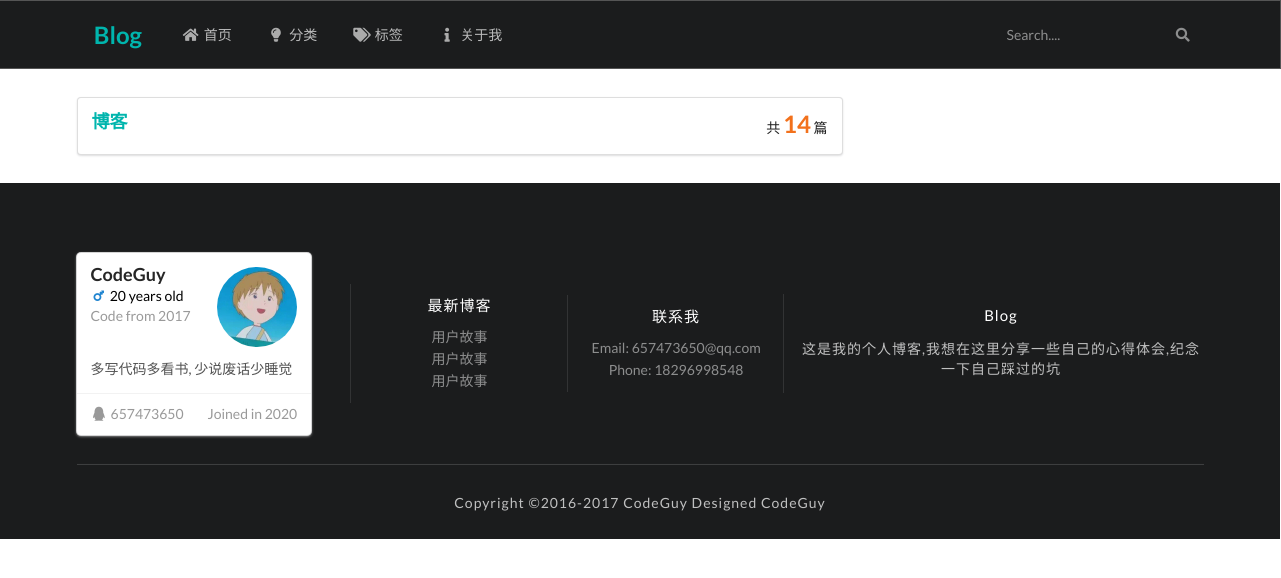
Repository: GOGOHQ/myblog
Page: index.html
These files come from the project's save history. The page is drawn as it stood at one moment and after the next save; the edit follows.
The browser window is 1280 px wide. The page is 1281 px wide, so the pictures cover 1281 px, including what lies to the right of the window. The pictures show the whole page.
Some web libraries are served in a nearby version.

Above is the page before, as saved 2020-01-16 18:56:39.

After the next save:
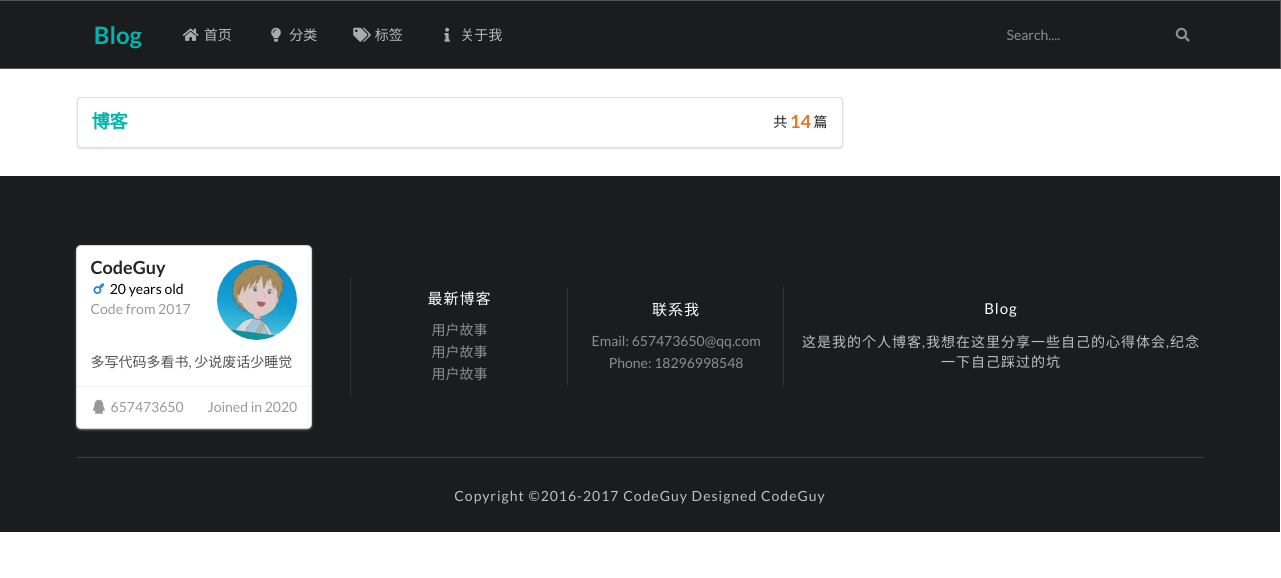
Saved 33 s later.
--- a/index.html
+++ b/index.html
@@ -42,7 +42,7 @@
                         </div>
                         <div class="right aligned column">
                             共
-                            <h2 class="ui orange header m-inline-block">14</h2>&nbsp;篇
+                            <h3 class="ui orange header m-inline-block">14</h3>&nbsp;篇
                         </div>
                     </div>
                 </div>

After the save that followed:
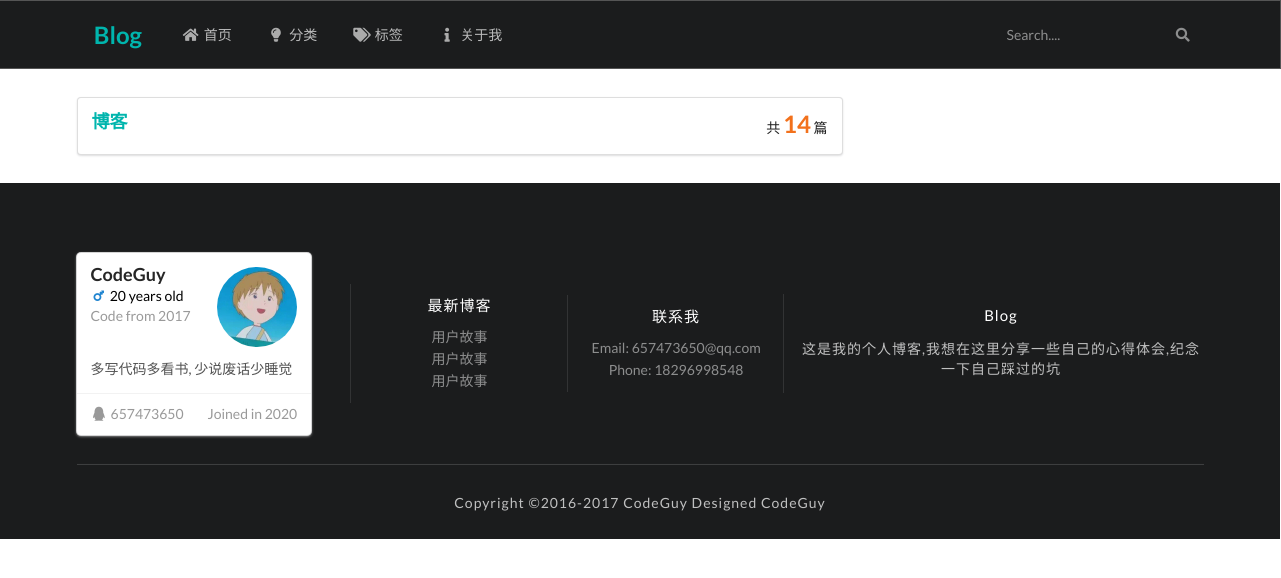
Saved 9 s later.
--- a/index.html
+++ b/index.html
@@ -42,7 +42,7 @@
                         </div>
                         <div class="right aligned column">
                             共
-                            <h3 class="ui orange header m-inline-block">14</h3>&nbsp;篇
+                            <h2 class="ui orange header m-inline-block">14</h2>&nbsp;篇
                         </div>
                     </div>
                 </div>
